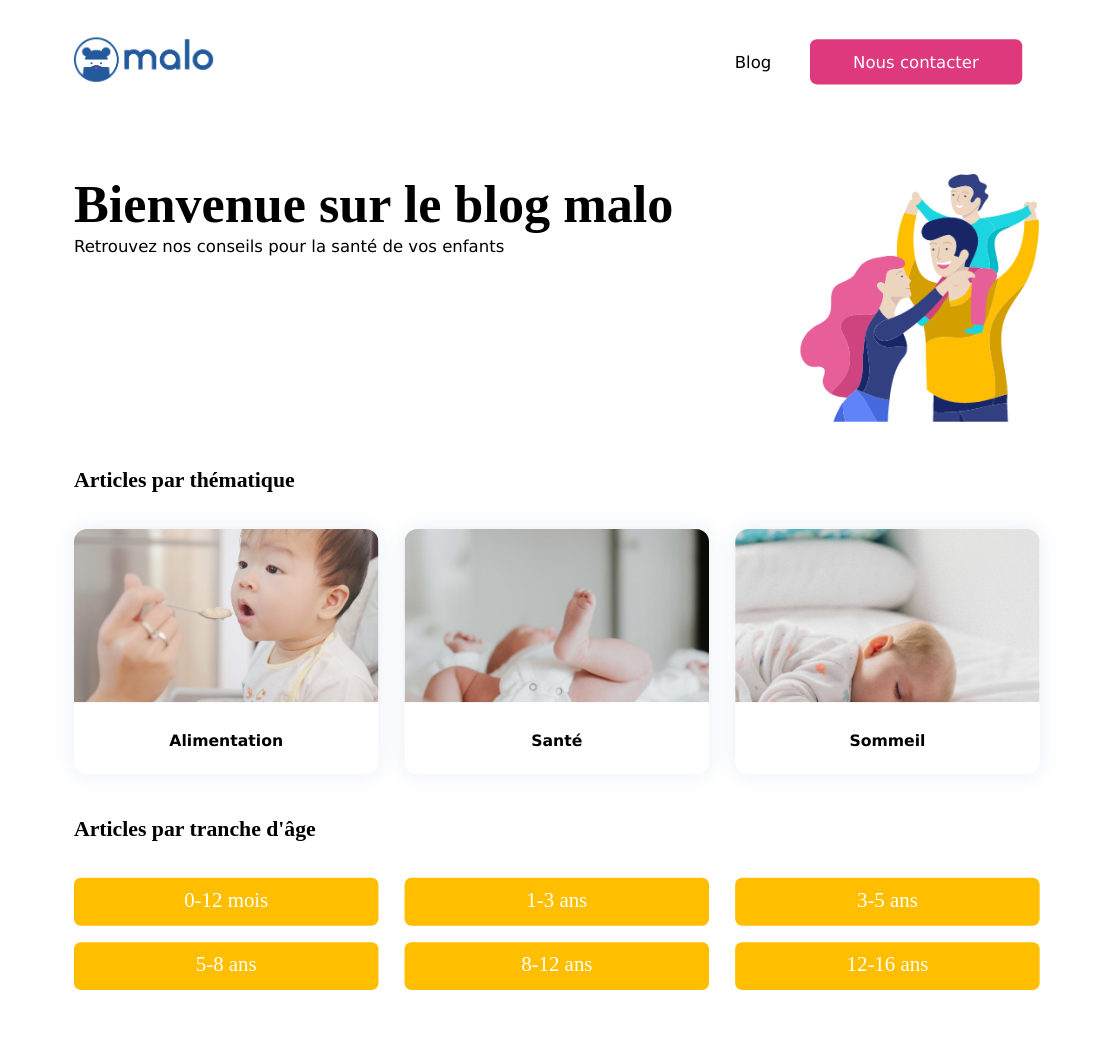
Repository: carbone-dev/keli-malo
Page: blog.html
These files come from the project's save history. The page is drawn as it stood at one moment and after the next save; the edit follows.
The browser window is 1280 px wide. The pictures show the whole page, at 87% of full size.

Above is the page before, as saved 2020-12-09 14:50:26.

### blog.html
<!DOCTYPE html>
<html lang="en">

<head>
    <meta charset="UTF-8">
    <meta name="viewport" content="width=device-width, initial-scale=1.0">
    <title>Document</title>
    <link rel="stylesheet" type="text/css" href="css/style.css">
    <link rel="stylesheet" type="text/css" href="css/header.css">
    <link rel="stylesheet" type="text/css" href="css/grid.css">
    <link rel="stylesheet" type="text/css" href="css/blog.css">
</head>

<body>
    <div class="container">

        <div class="header row align-items-center">
            <div class="col-6 col-md-2 ">
                <img class='img-full-width ' src="img/logo.png">
            </div>
            <div class="menu col-6 col-md-10 right d-none d-md-block ">
                <a href="#">Blog</a>
                <a href="#" class="boutton-1">Nous contacter</a>
            </div>
            <div class="menu col-6 col-md-10 right d-md-none d-sm-block">
                <a href="#nav-mobile">
                    <img src="img/burger.png" alt="">
                </a>
            </div>

            <div id="nav-mobile" class="modaloverlay">
                <div class="modal">
                    <div class="row">
                        <div class="col-6">
                            <img class='img-full-width ' src="img/logo.png">
                        </div>
                        <div class="menu col-6 right">
                            <a href="#close" class="close">
                                <img src="img/close.png" alt="">
                            </a>
                        </div>
                    </div>
                    <div class="row align-items-center center modal-content">
                        <div class="col-12">
                            <a href="#">Blog</a>
                        </div>
                        <div class="col-12">
                            <a href="#" class="boutton-1">Nous contacter</a>
                        </div>
                        <div class="col-12">
                            <a href="#"><img src="img/instagram.png"></a>
                            <a href="#"><img src="img/linkedin.png"></a>
                            <a href="#"><img src="img/facebook.png"></a>
                        </div>
                    </div>
                </div>
            </div>
        </div>

        <div class="top-section row">
            <div class="col-12 col-md-8 t-responsive">
                <h1>
                    Bienvenue sur le blog malo
                </h1>
                <p>Retrouvez nos conseils pour la santé de vos enfants</p>
            </div>
            <div class="col-12 col-md-4 right t-responsive">
                <img src="img/blog-header-image.png" alt="blog-header-image">
            </div>
        </div>

        <div class="section t-responsive">
            <h3>Articles par thématique</h3>
            <div class="row">
                <div class="col-sm-12 col-md-4">
                    <div class="card">
                        <img src="img/blog-theme-1.jpg" alt="Avatar" style="width:100%">
                        <div class="card-content row align-items-center">
                            <p class="card-title col-12">Alimentation</p>
                        </div>
                    </div>
                </div>
                <div class="col-sm-12 col-md-4">
                    <div class="card">
                        <img src="img/blog-theme-2.jpg" alt="Avatar" style="width:100%">
                        <div class="card-content row align-items-center">
                            <p class="card-title col-12">Santé</p>
                        </div>
                    </div>
                </div>
                <div class="col-sm-12 col-md-4">
                    <div class="card">
                        <img src="img/blog-theme-3.jpg" alt="Avatar" style="width:100%">
                        <div class="card-content row align-items-center">
                            <p class="card-title col-12">Sommeil</p>
                        </div>
                    </div>
                </div>
            </div>
        </div>

        <div class="section t-responsive">
            <h3>Articles par tranche d'âge</h3>
            <div class="row">
                <div class="col-6 col-md-4 margin-bottom">
                    <button class="btn btn-tertiary full-width">0-12 mois</button>
                </div>
                <div class="col-6 col-md-4 margin-bottom">
                    <button class="btn btn-tertiary full-width">1-3 ans</button>
                </div>
                <div class="col-6 col-md-4 margin-bottom">
                    <button class="btn btn-tertiary full-width">3-5 ans</button>
                </div>
                <div class="col-6 col-md-4 margin-bottom">
                    <button class="btn btn-tertiary full-width">5-8 ans</button>
                </div>
                <div class="col-6 col-md-4 margin-bottom">
                    <button class="btn btn-tertiary full-width">8-12 ans</button>
                </div>
                <div class="col-6 col-md-4 margin-bottom">
                    <button class="btn btn-tertiary full-width">12-16 ans</button>
                </div>
            </div>
        </div>

        <div class="section t-responsive">

        </div>



    </div>

</body>

</html>

### css/style.css
body {
  margin: 0;
}
.btn {
  height: 55px;
  padding: 12px 12px 19px;
  border-radius: 8px;
  color: #fff;
  border: none;
  font-size: 24px;
  font-family: montserrat;
}

.full-width{
  width: 100%;
}

.btn-primary {
  background-color: #de397c;
}

.btn-secondary {
  background-color: #1a5a9d;
}

.btn-tertiary {
  background-color: #ffbf00;
}

.img-full-width {
  width: 100%;
}

.top-section {
  margin-top: 100px;
}

.section {
  margin-top: 45px;
}

.section h3 {
  margin-bottom: 39px;
}

.margin-bottom{
  margin-bottom: 19px;
}

#container {
  margin: 2% 7%;
}

.t-responsive {
  text-align: left;
}

@media only screen and (min-width: 1367px) and (max-width: 1600px) {
  #container {
    margin: 2% 8%;
  }
}
@media only screen and (min-width: 1601px) and (max-width: 1920px) {
  #container {
    margin: 2% 20%;
  }
}
@media only screen and (min-width: 1921px) and (max-width: 9000px) {
  #container {
    margin: 2% 30%;
  }
}

/*-------UNI------*/

.box-shadow {
  padding: 20px 20px 15px 20px;
  background-color: white;
  box-shadow: 0px 0px 30px rgb(26, 90, 157, 0.1);
  margin: 20px 0;
  border-radius: 15px;
}
h1,
h2,
h3,
h5,
h6 {
  font-family: montserrat;
  font-weight: bold;
  margin: 0;
}
h1 {
  font-size: 60px;
  line-height: 70px;
}
h2 {
  font-size: 50px;
  line-height: 50px;
}
h3 {
  font-size: 25px;
  line-height: 35px;
  margin-bottom: 30px;
}
h5 {
  color: #1a5a9d;
  line-height: 20px;
  font-size: 20px;
}
h6 {
  line-height: 20px;
  font-size: 16px;
}

a,
p {
  margin: 0;
  text-decoration: none;
  font-family: verdana;
  font-size: 19px;
  color: black;
  font-weight: normal;
  line-height: 27px;
}
span {
  font-size: 13px;
}
li {
  font-family: verdana;
  font-size: 14px;
  color: black;
  line-height: 23px;
}
ul {
  padding-left: 15px;
}

.boutton-1 {
  color: white;
  background-color: #de397c;
  padding: 15px 50px;
  border-radius: 8px;
}
.boutton-contact {
  color: white;
  background-color: #de397c;
  padding: 15px 100px;
  border-color: #de397c;
  border-radius: 8px;
  outline: none;
  margin: 10px;
  font-size: 20px;
  border-style: none;
}

.img-boutton {
  margin-top: 5%;
}
.img-boutton a {
  margin-right: 20px;
}
.quote {
  width: 20px;
  height: 20px;
}
.formulaire {
  border: 2px solid;
  border-radius: 8px;
  outline: none;
  margin: 10px;
  font-size: 20px;
  padding: 15px;
}

/*-------header------*/
.menu a {
  margin: 0 20px;
}
/*-------le heros------*/
.le-heros {
  margin-top: 5%;
  background-image: url(../img/bg-le-heros.png);
  background-size: 100%;
  background-repeat: no-repeat;
  padding-bottom: 7%;
}
.img-le-heros {
  display: none;
}

/*-------malo-c-est-quoi------*/

.malo-c-est-quoi {
  margin-top: 10%;
}
.contenu-malo-c-est-quoi {
  margin: 10% 3%;
}
/*-------malo-VIDEO------*/

.expert {
  margin-top: 15%;
}
.expert h1 {
  margin-bottom: 5%;
}
#play-vid-2 {
  position: absolute;
  right: 70%;
  z-index: 0;
}
.expert-video {
  background-image: url(../img/bg-video-2.png);
  background-size: contain;
  background-repeat: no-repeat;
  text-align: left;
  padding: 20px 0;
}
.expert-video video {
  width: 530px;
  border-radius: 20px;
  outline-style: none;
  margin-left: 30px;
}

/*------CAROUSEL------*/
.les-parents {
  margin-top: 10%;
}
.carousel {
  background-image: url(../img/bg-carousel.png);
  background-size: 100% 100%;
  background-repeat: no-repeat;
  padding: 10px;
}
.slide {
  padding-bottom: 50px;
  margin: 2%;
}
.img-profil {
  margin-right: 20px;
  margin-bottom: 30px;
}
.fade {
  -webkit-animation-name: fade;
  -webkit-animation-duration: 1.5s;
  animation-name: fade;
  animation-duration: 1.5s;
}

@-webkit-keyframes fade {
  from {
    opacity: 0.4;
  }
  to {
    opacity: 1;
  }
}

@keyframes fade {
  from {
    opacity: 0.4;
  }
  to {
    opacity: 1;
  }
}
/* Next & previous buttons */

.fleche {
  text-align: right;
  position: relative;
  top: -50px;
}
.prev {
  color: gray;
}
.prev,
.next {
  cursor: pointer;
  width: auto;
  padding: 20px;
  font-weight: bold;
  font-size: 40px;
  transition: 0.6s ease;
  border-radius: 0 3px 3px 0;
  user-select: none;
}

/*-------BLOG-MALO------*/
.decouvrir-le-blog {
  justify-content: center;
  margin-top: 10%;
}
.bg-decouvrir {
  background-image: url(../img/bg-decouvrir.png);
  background-size: 100%;
  background-repeat: no-repeat;
  padding-bottom: 5%;
}

.decouvrir-left {
  width: 70%;
}
.decouvrir-left-1 {
  width: 50%;
  margin: 10px;
}
.decouvrir-left-2 {
  width: 50%;
  margin: 10px;
}
.decouvrir-right {
  width: 30%;
  text-align: right;
  margin-top: 50px;
}
.sommeil {
  width: 30%;
}
.alimentation {
  width: 60%;
}

/*-------POPUP------*/
.popup {
  margin-top: 10%;
}
.popup img {
}
.contenu-popup {
  background-color: #1a5a9d;
  border-radius: 20px;
  align-items: center;
  padding: 60px;
}
.titre-popup {
  width: 50%;
  color: white;
  margin: 0;
}

.formulaire-popup {
  width: 50%;
  color: white;
}
.mail-popup {
  border-color: white;
  background-color: rgb(0, 0, 0, 0);
  color: white;
  font-family: montserrat;
  font-weight: bold;
}
.mail-popup::placeholder {
  color: white;
}
.boutton-popup {
  border-color: white;
  background-color: white;
  padding: 15px 30px;
  font-family: montserrat;
  font-weight: bold;
  color: #de397c;
  cursor: pointer;
}

/*-------CONTACT------*/
.contactez-nous {
  margin-top: 10%;
}
.contenu-contact {
  width: 50%;
}
.contenu-contact p {
  line-height: 50px;
  margin: 20px;
}
.contenu-contact h3 {
  margin-bottom: 10px;
}
.contenu-contact a {
  margin-right: 20px;
}
.formulaire-contact {
  width: 50%;
  background-image: url(../img/bg-formulaire-contact.png);
  background-repeat: no-repeat;
  background-size: 100%;
}
.bg-contact {
  padding: 10px;
  background-color: white;
  margin: 30px;

  box-shadow: 0px 0px 30px rgb(26, 90, 157, 0.1);
  border-radius: 15px;
}
.form-2 {
  width: 200px;
  border-color: #d8d8d8;
  color: black;
}
.form-1 {
  width: 460px;
}
.contact-text {
  border-color: #d8d8d8;
  font-family: montserrat;
}
.contact-text::placeholder {
  color: black;
  border-color: #d8d8d8;
  font-family: arial;
}

/*-------il nous soutien------*/

.il-nous-soutiennent {
  margin-top: 10%;
}

.il-nous-soutiennent h1 {
  margin-left: 20%;
}

/*-------footer------*/
.footer {
  margin-top: 10%;
  background-color: #1a5a9d;
}
.logo-popup {
  padding: 40px;
  margin: 0;
}
.logo-boutton {
  width: 50%;
}
.popup-icon {
  width: 45%;
}
.news-letter h3 {
  margin-bottom: 0;
  font-weight: normal;
  color: black;
}
.suivez-footer h3 {
  margin-bottom: 10px;
  font-weight: normal;
  color: white;
}
.suivez-footer a {
  margin-right: 20px;
}
.mail-footer {
  color: #d8d8d8;
  border-color: #d8d8d8;
}
.mail-footer::placeholder {
  color: #d8d8d8;
  border-color: #d8d8d8;
}
.boutton-footer {
  color: white;
  background-color: #de397c;
  border-color: #de397c;
  padding: 15px 40px;
  cursor: pointer;
}

.menu-footer {
  background-color: #0f3c6b;
  margin: 0;
  padding: 20px;
}
.menu-footer li {
  list-style: none;
}
.menu-footer a,
.menu-footer span {
  color: white;
  margin: 30px;
}

/*-------G R I D------*/

/* .row {
  display: flex;
  align-items: center;
  flex-wrap: wrap;
}

.col-sm-10 {
  width: 100%;
}
.col-sm-9 {
  width: 90%;
}
.col-sm-8 {
  width: 80%;
}
.col-sm-7 {
  width: 70%;
}
.col-sm-65 {
  width: 65%;
}
.col-sm-6 {
  width: 60%;
}
.col-sm-55 {
  width: 55%;
}
.col-sm-5 {
  width: 50%;
}
.col-sm-45 {
  width: 45%;
}
.col-sm-4 {
  width: 40%;
}
.col-sm-35 {
  width: 35%;
}
.col-sm-3 {
  width: 30%;
}
.col-sm-2 {
  width: 20%;
}
.col-sm-1 {
  width: 10%;
}

.col-10 {
  width: 100%;
}
.col-9 {
  width: 90%;
}
.col-8 {
  width: 80%;
}
.col-7 {
  width: 70%;
}
.col-65 {
  width: 65%;
}
.col-6 {
  width: 60%;
}
.col-55 {
  width: 55%;
}
.col-5 {
  width: 50%;
}
.col-45 {
  width: 45%;
}
.col-4 {
  width: 40%;
}
.col-35 {
  width: 35%;
}
.col-3 {
  width: 30%;
}
.col-2 {
  width: 20%;
}
.col-1 {
  width: 10%;
} */

.center {
  justify-content: center;
  text-align: center;
  align-items: center;
}
.left {
  text-align: left;
  justify-content: center;
  align-items: center;
}
.right {
  text-align: right;
  justify-content: center;
  align-items: center;
}

/*-------MEDIA ------*/

@media only screen and (min-width: 107px) and (max-width: 480px) {
  .top-section {
    margin-top: 35px;
  }

  .t-responsive {
    text-align: center;
  }

  .btn {
    font-size: 18px;
  }

  .col-reverse {
    display: flex;
    flex-wrap: wrap;
    flex-direction: column-reverse;
    align-items: center;
  }
  .box-shadow {
    padding: 5px;
    box-shadow: 0px 0px 20px rgb(26, 90, 157, 0.1);
    margin: 20px 0;
    border-radius: 5px;
  }
  #container {
    margin: 2% 10%;
    text-align: center;
  }
  .img-boutton img {
    width: 40% !important;
  }

  h1,
  h2,
  h3 {
    font-size: 28px !important;
    line-height: 35px !important;
    margin-bottom: 1%;
  }
  h5 {
    line-height: 19px;
    font-size: 16px;
  }
  h6 {
    line-height: 20px;
    font-size: 16px;
  }
  a,
  p,
  span {
    font-size: 15px !important;
    line-height: 23px !important;
    margin-bottom: 1%;
  }

  li {
    font-family: verdana;
    font-size: 14px;
    color: black;
    line-height: 23px;
  }
  ul {
    padding-left: 15px;
  }

  /*-------LE HEROS------*/

  .le-heros-right {
    display: none;
  }
  .img-le-heros {
    display: initial !important;
  }
  .le-heros {
    background-image: inherit;
  }
  .le-heros img {
    width: 60%;
    margin-top: 5%;
  }

  /*-------malo-VIDEO------*/

  .malo-video {
    background-image: none;
    padding: 0;
  }
  .titre-video-1 {
    background-image: url(../img/bg-malo-phone.png);
    background-size: 100%;
    background-repeat: no-repeat;
    padding-bottom: 15%;
  }
  .titre-video-1 h3 {
    text-align: left;
  }
  #play-vid {
    position: relative;
    right: -150px;
    top: -140px;
    z-index: 0;
  }
  .video-1 {
    background-image: url(../img/bg-video-1.png);
    background-size: contain, cover;
    background-repeat: no-repeat;
    padding: 20px 0;
    text-align: center;
    margin: 0;
  }

  .video-1 video {
    width: 300px;
    border-radius: 10px;
  }

  /*-------malo-VIDEO------*/

  #play-vid-2 {
    position: relative;
    margin: 0;
    right: -150px;
    top: -140px;
    z-index: 0;
  }
  .expert-video {
    background-image: url(../img/bg-video-2.png);
    text-align: center;
    padding: 10px 0;
  }
  .expert-video video {
    width: 300px;
    border-radius: 20px;
    outline-style: none;
    margin: 0;
  }

  /*-------carousel------*/
  .carousel {
    background-image: url(../img/bg-carousel.png);
  }

  .fleche {
    text-align: right;
    position: relative;
    top: -50px;
  }
}

### css/header.css
.header{
    margin-top: 43px;
}

/* MODAL MOBILE */

.modaloverlay {
    background: rgba(0, 0, 0, 0.8);
    bottom: 0;
    left: 0;
    opacity: 0;
    pointer-events: none;
    position: fixed;
    right: 0;
    top: 0;
    -webkit-transition: opacity 400ms ease-in;
    -moz-transition: opacity 400ms ease-in;
    transition: opacity 400ms ease-in;
    z-index: -1;
    display: none;
  }
  .modaloverlay:target {
    display: block;
    opacity: 1;
    pointer-events: auto;
    z-index: 99999;
  }
  .modaloverlay .modal {
    background-color: white;
    height: 100%;
    position: relative;
    margin: 0 auto;
    padding-top: 43px;
    padding-left: 15px;
    overflow-y: scroll;
    -webkit-overflow-scrolling: touch;
  }
  @media (min-width: 60em) {
    .modaloverlay .modal {
      height: 75%;
      margin: 5% auto;
      max-height: 57em;
      max-width: 66em;
      width: 85%;
    }
  }
  .modaloverlay .modal > iframe,
  .modaloverlay .modal > div {
    border: none;
    width: 100%;
    /* height: 100%; */
  }
  .modaloverlay .close {
    position: relative;
    top: 10px;
  }

  .modal-content{
    height: 60%;
    padding-top: 160px;
  }

### css/blog.css
.card {
  transition: 0.3s;
  width: 100%;
  border-radius: 15px;
  box-shadow: 0 0 25px 0 rgba(34, 90, 157, 0.1);
  overflow: hidden;
  cursor: pointer;
}

.card img{
    width: 100%;
    height: 199px;
    object-fit: cover;
}

.card:hover {
  box-shadow: 0 8px 16px 0 rgba(0, 0, 0, 0.2);
}

.card-content {
  padding: 2px 16px;
  height: 79px;
}

.card-title {
  font-family: verdana;
  font-size: 18px;
  font-weight: 900;
  text-align: center;
}

Loaded but not shown: css/grid.css (1420 lines, source omitted)

After the next save:
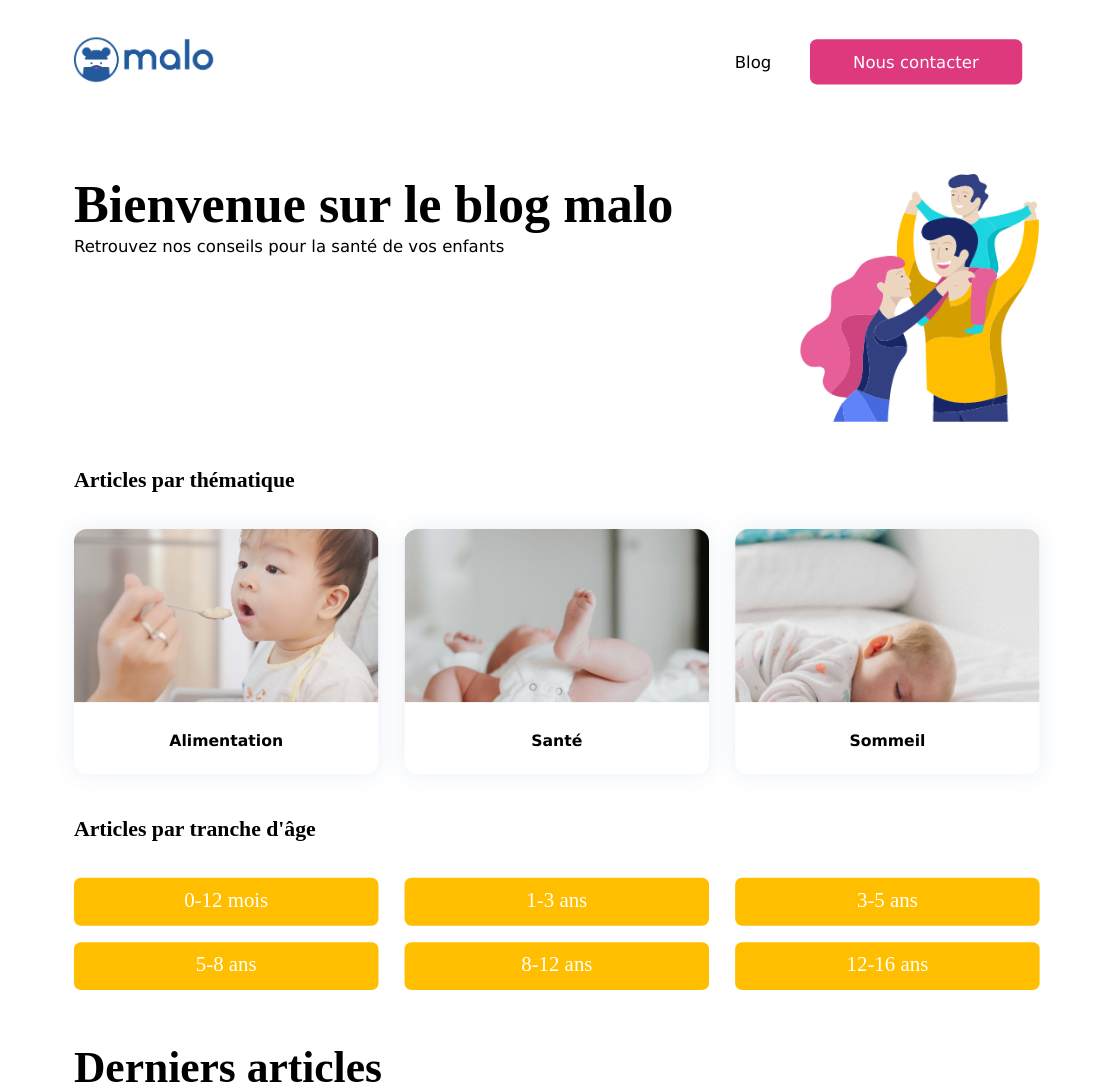
Saved 12 s later.
--- a/blog.html
+++ b/blog.html
@@ -124,7 +124,7 @@
         </div>
 
         <div class="section t-responsive">
-
+            <h2>Derniers articles</h2>
         </div>
 
 
